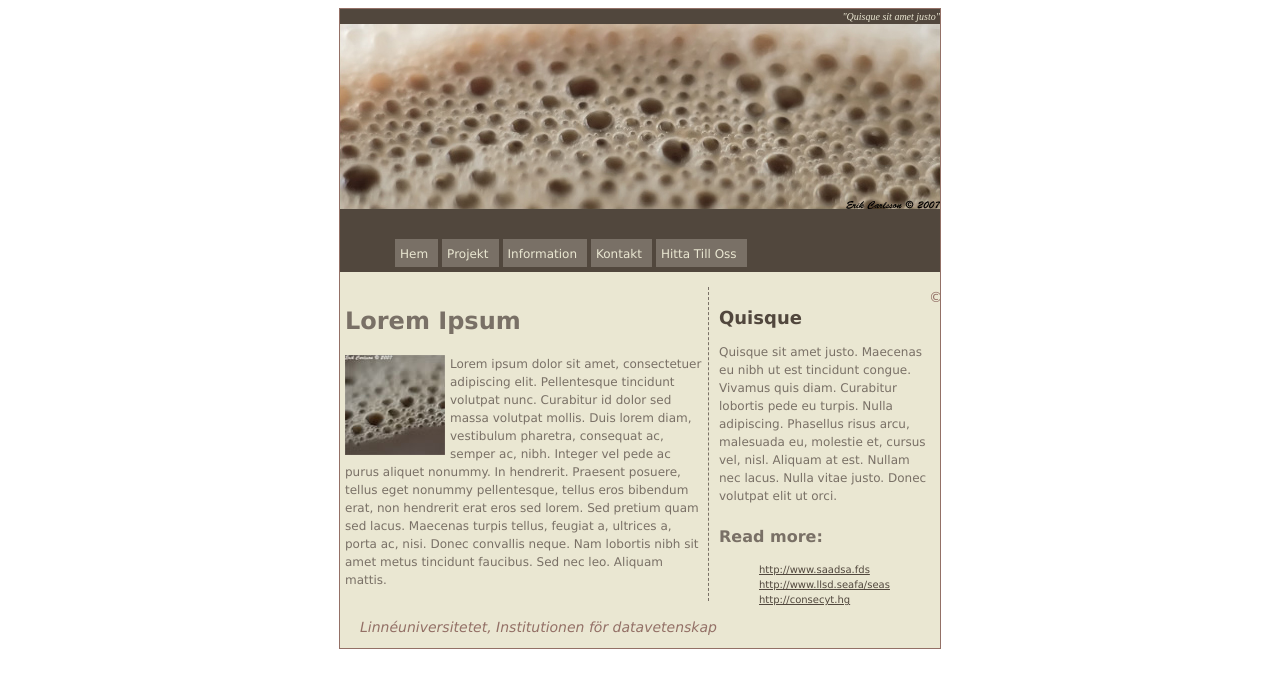
Repository: mh223ja/1ik415-js223mi-Uppgift-3-3
Page: index.html
The author's editor kept a record of every edit. The page is drawn from the files as they stood at one moment, then again after the next edit.
The browser window is 1280 px wide. The pictures show the whole page.

Above is the page before.

After the next edit:
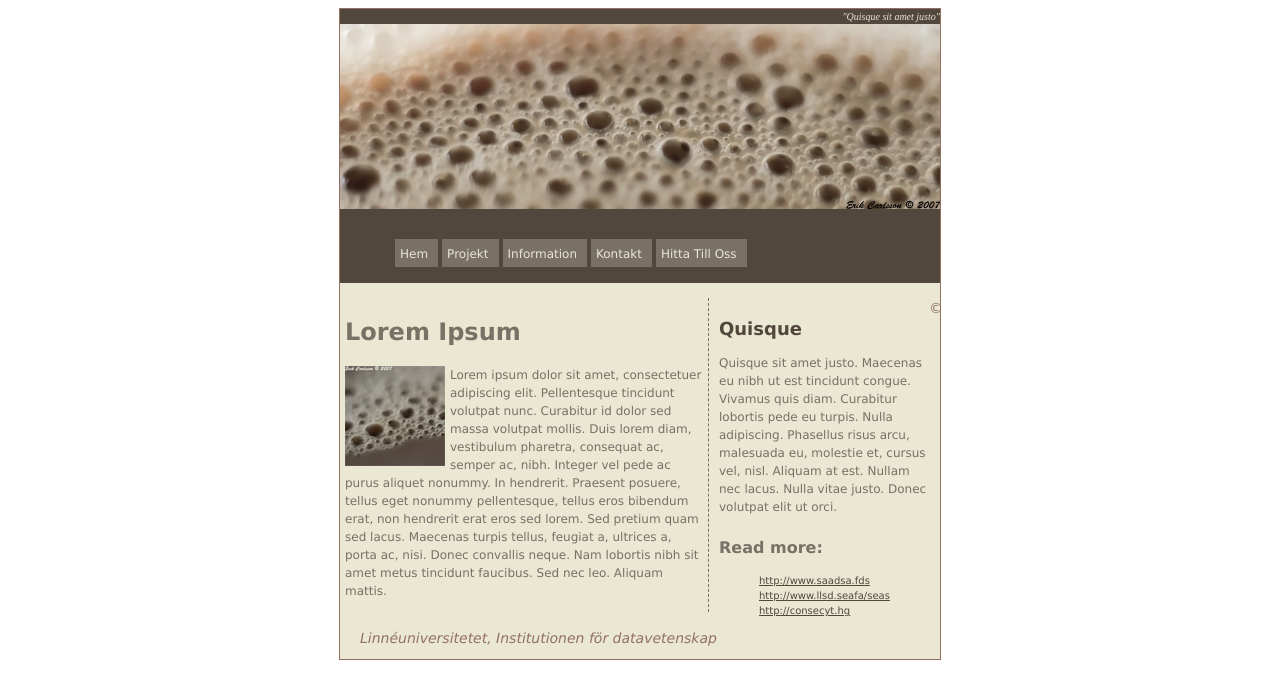
The edit:
--- a/css/basic.css
+++ b/css/basic.css
@@ -29,9 +29,10 @@
 }
 #menu{
 
-	height: 248px;
-	padding-left:10px;
-	width: 100%;
+
+	padding-left:10px;'
+	'
+
 
 }
 #content{
